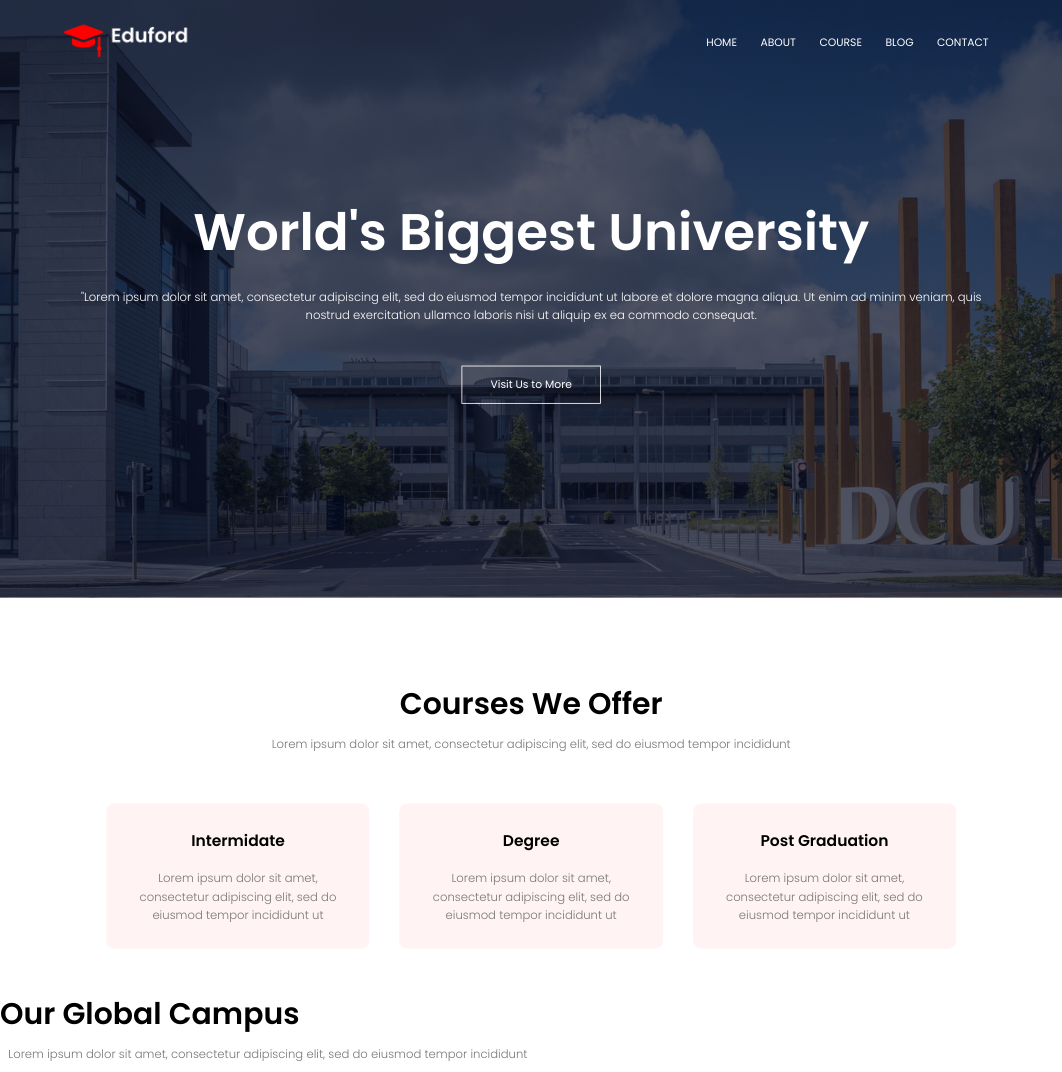
Repository: dewaary/company-profile
Page: index.html
An editor plug-in stored every save of this project. The page is shown before and after the next save, followed by the edit.
The browser window is 1280 px wide. The pictures show the whole page, at 83% of full size.

Above is the page before, as saved 2021-05-07 21:12:23.

After the next save:
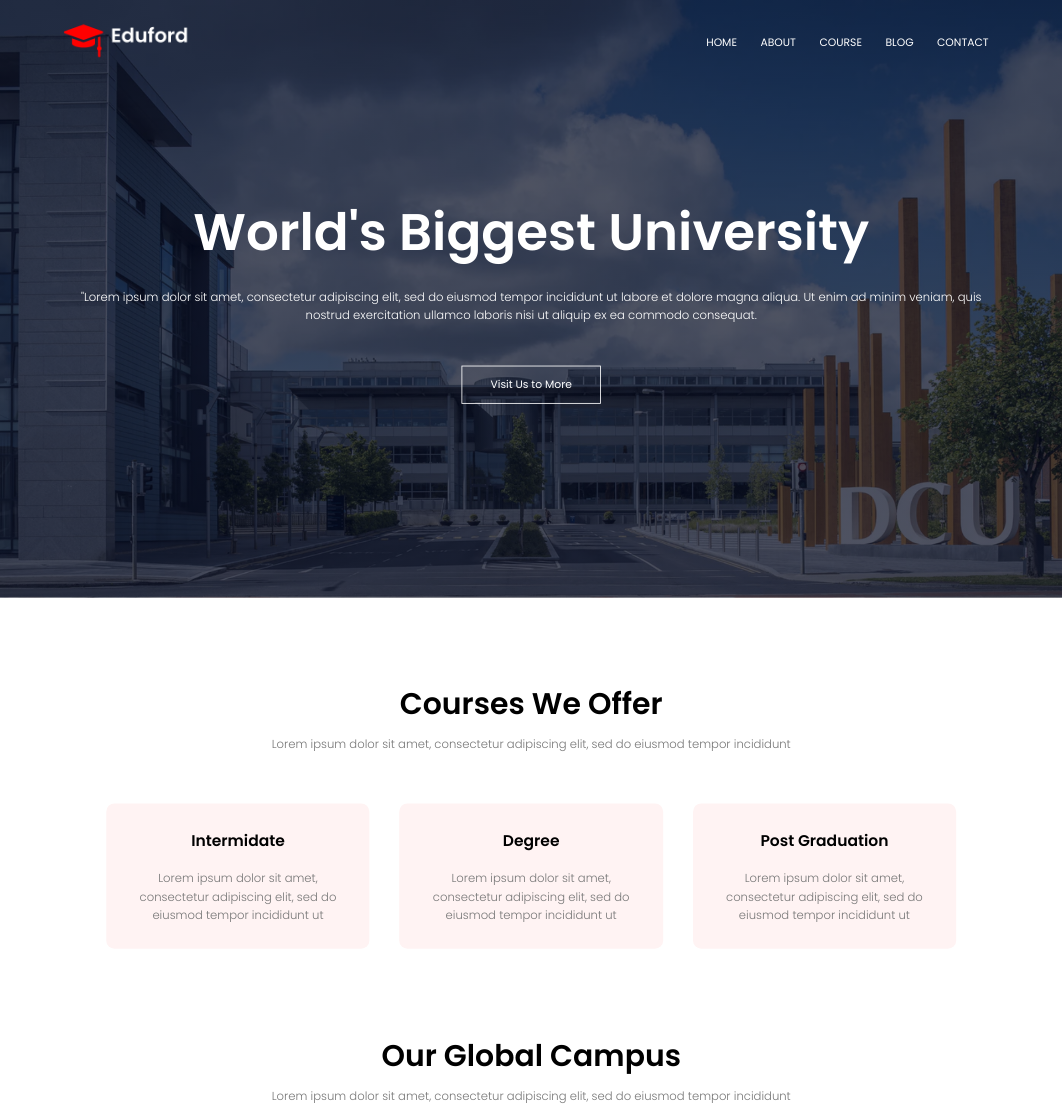
Saved 48 s later.
--- a/style.css
+++ b/style.css
@@ -186,3 +186,10 @@ nav .fa{
      flex-direction: column;
    }
  }
+
+ .campus {
+   width: 80%;
+   margin: auto;
+   text-align: center;
+   padding-top: 50px;
+ }
